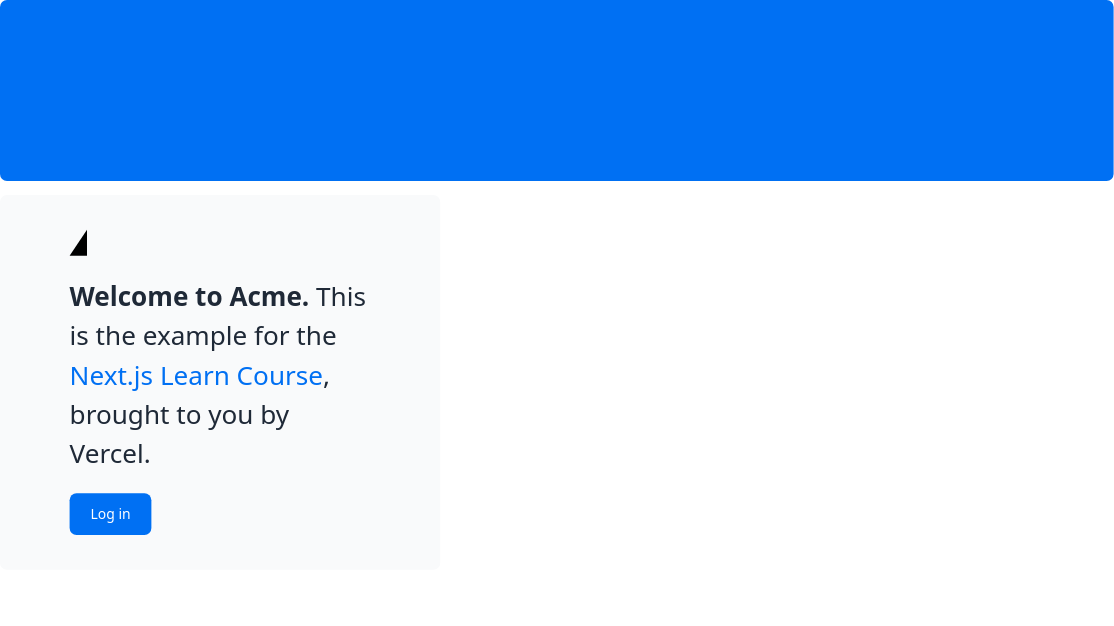
Repository: dev1siWoo/nextjs-dashboard
Page: /
An editor plug-in stored every save of this project. The page is shown before and after the next save, followed by the edit.
The browser window is 1280 px wide. The pictures show the whole page, at 87% of full size.
The project was rebuilt for these pictures with package versions that can differ from the ones it lists, and the page was loaded fresh each time. The framework's server and built-in components were replaced by stand-ins that run in the browser. Also part of the build but not shown: next.config.js.

Above is the page before, as saved 2023-10-27 17:52:53.

### app/layout.tsx
import './ui/global.css'

export default function RootLayout({
  children,
}: {
  children: React.ReactNode;
}) {
  return (
    <html lang="en">
      <body>{children}</body>
    </html>
  );
}

### app/page.tsx
import AcmeLogo from "@/app/ui/acme-logo"
import styles from './ui/home.module.css'
import Link from "next/link"
export default function Page() {
	return (
		<main className={styles.sha}>
			<div className='flex h-20 shrink-0 items-end rounded-lg bg-blue-500 p-4 md:h-52'>
				{/* <AcmeLogo /> */}
			</div>
			<div className='mt-4 flex grow flex-col gap-4 md:flex-row'>
				<div className='flex flex-col justify-center gap-6 rounded-lg bg-gray-50 px-6 py-10 md:w-2/5 md:px-20'>
					<div className='h-0 w-0 border-b-[30px] border-l-[20px] border-r-[20px border-b-black border-l-transparent border-r-transparent' />
					<p
						className={`text-xl text-gray-800 md:text-3xl md:leading-normal`}
					>
						<strong>Welcome to Acme.</strong> This is the example
						for the{" "}
						<a
							href='https://nextjs.org/learn/'
							className='text-blue-500'
						>
							Next.js Learn Course
						</a>
						, brought to you by Vercel.
					</p>
					<Link
						href='/login'
						className='flex items-center gap-5 self-start rounded-lg bg-blue-500 px-6 py-3 text-sm font-medium text-white transition-colors hover:bg-blue-400 md:text-base'
					>
						<span>Log in</span>
					</Link>
				</div>
				<div className='flex items-center justify-center p-6 md:w-3/5 md:px-28 md:py-12'>
					{/* Add Hero Images Here */}
				</div>
			</div>
		</main>
	)
}

Loaded but not shown: app/ui/global.css (common file); tailwind.config.ts (common file); app/ui/home.module.css (common file)

After the next save:
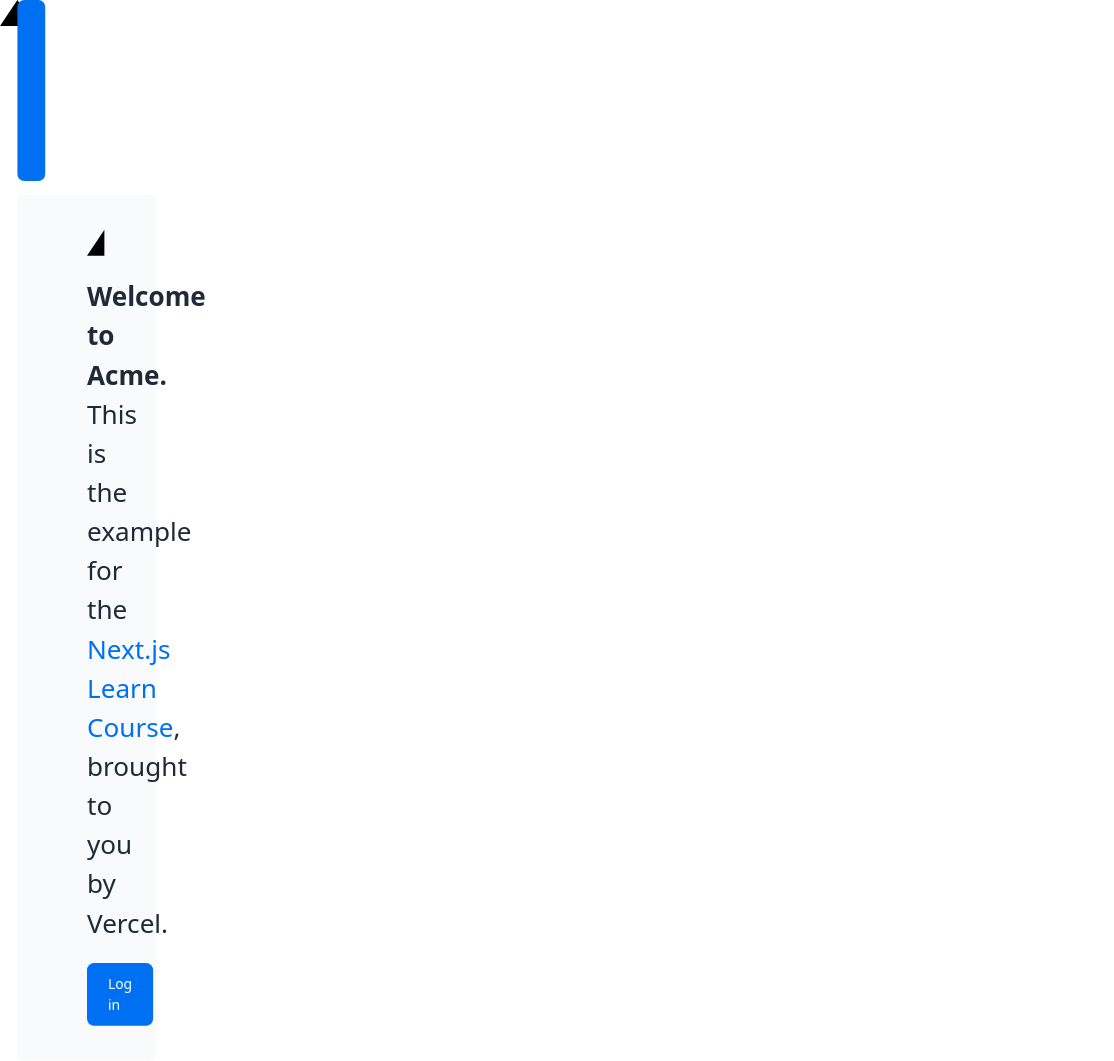
Saved 4 s later.
--- a/app/page.tsx
+++ b/app/page.tsx
@@ -3,7 +3,7 @@
 import Link from "next/link"
 export default function Page() {
 	return (
-		<main className={styles.sha}>
+		<main className={styles.shape}>
 			<div className='flex h-20 shrink-0 items-end rounded-lg bg-blue-500 p-4 md:h-52'>
 				{/* <AcmeLogo /> */}
 			</div>
